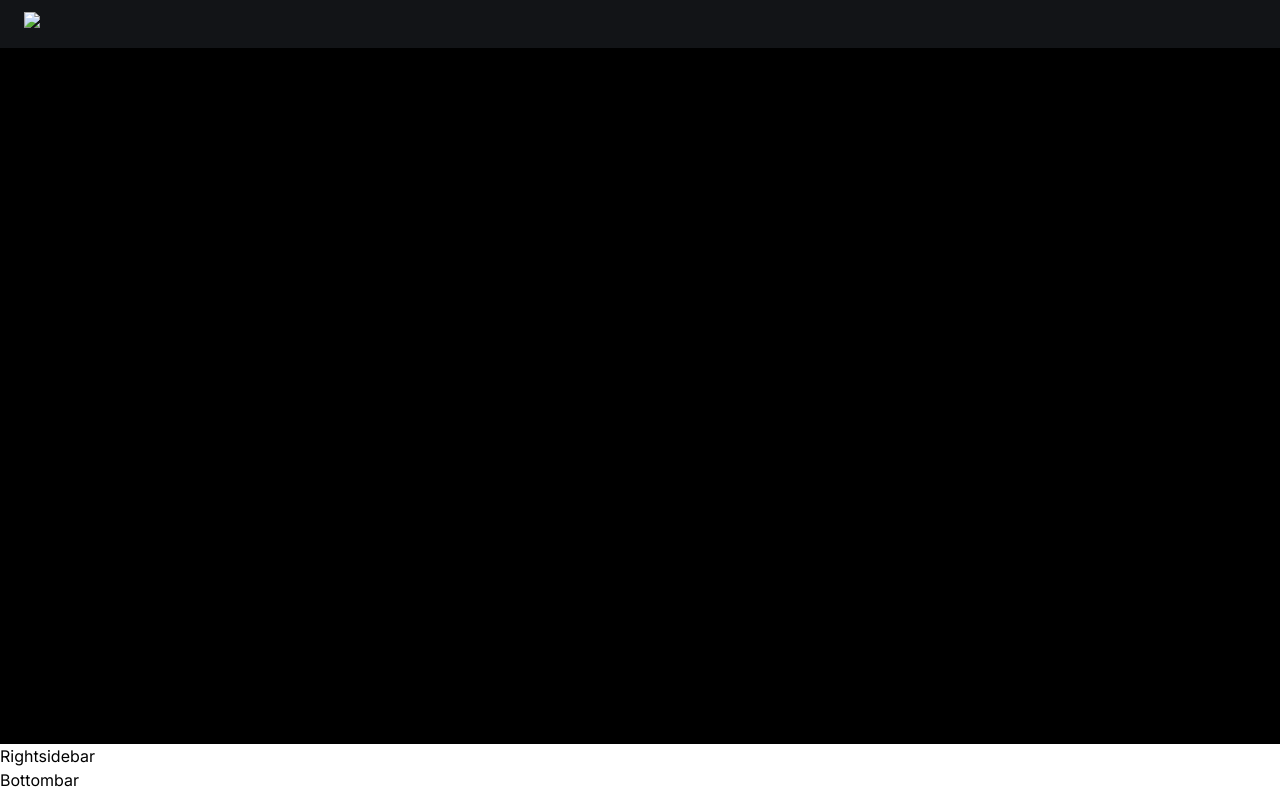
Repository: zecht12/zreads
Page: /
These files come from the project's save history. The page is drawn as it stood at one moment and after a run of saves; the edit follows.
The browser window is 1280 px wide. The pictures show the whole page.
The page's requests for data from a server got no answer. The project was rebuilt for these pictures with package versions that can differ from the ones it lists, and the page was loaded fresh each time. Some packages were replaced by stand-ins written for this rebuild. The framework's server and built-in components were replaced by stand-ins that run in the browser. No one was signed in, and anything a server would have sent is missing. Also part of the build but not shown: next.config.js.

Above is the page before, as saved 2023-09-23 09:29:43.

After the next 13 saves:
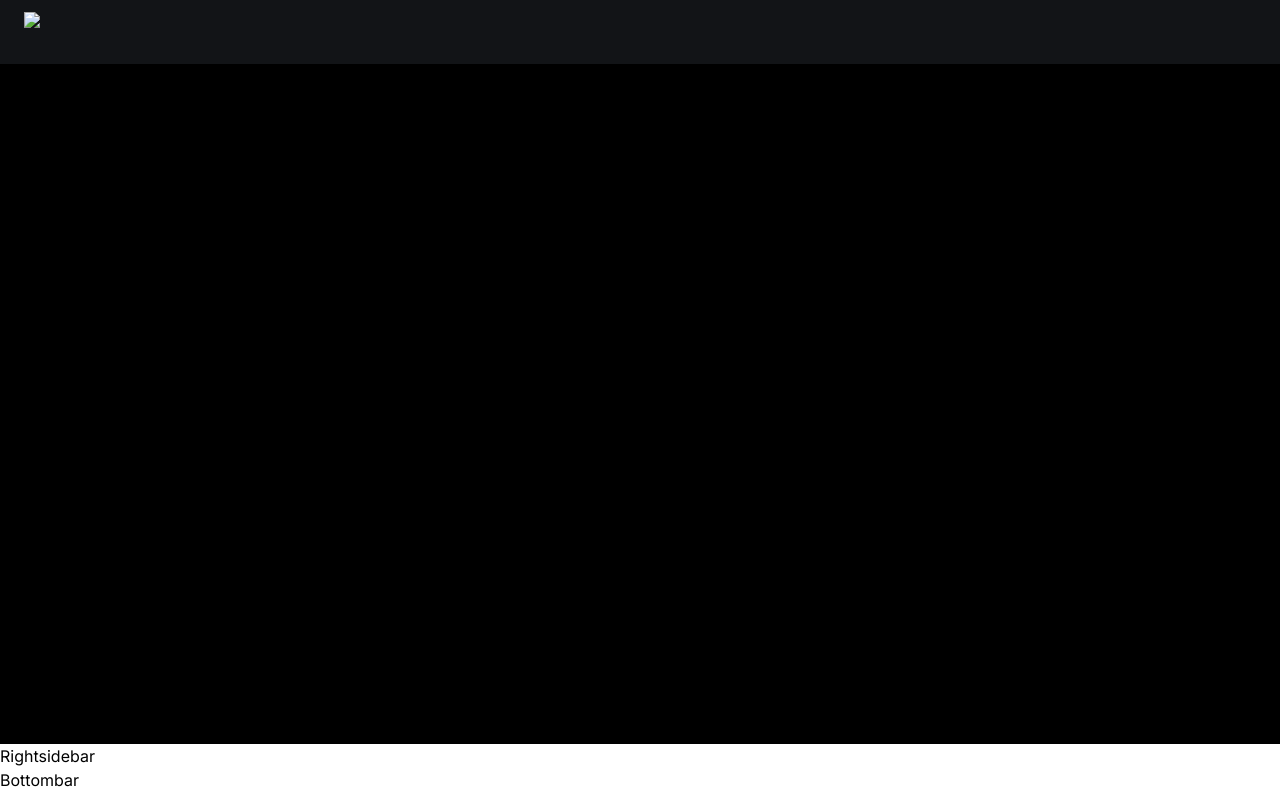
The 13 saves are shown as one change because 2 did not build or start and some came seconds apart.
The last was saved 51 s later.
--- a/components/shared/Topbar.tsx
+++ b/components/shared/Topbar.tsx
@@ -6,7 +6,7 @@
     return (
         <nav className='topbar'>
             <Link href="" className='flex gap-4 items-center'>
-                <Image src="" alt='Image' className='' />
+                <Image src="" alt='Image' width={28} height={28} />
             </Link>
         </nav>
     )
